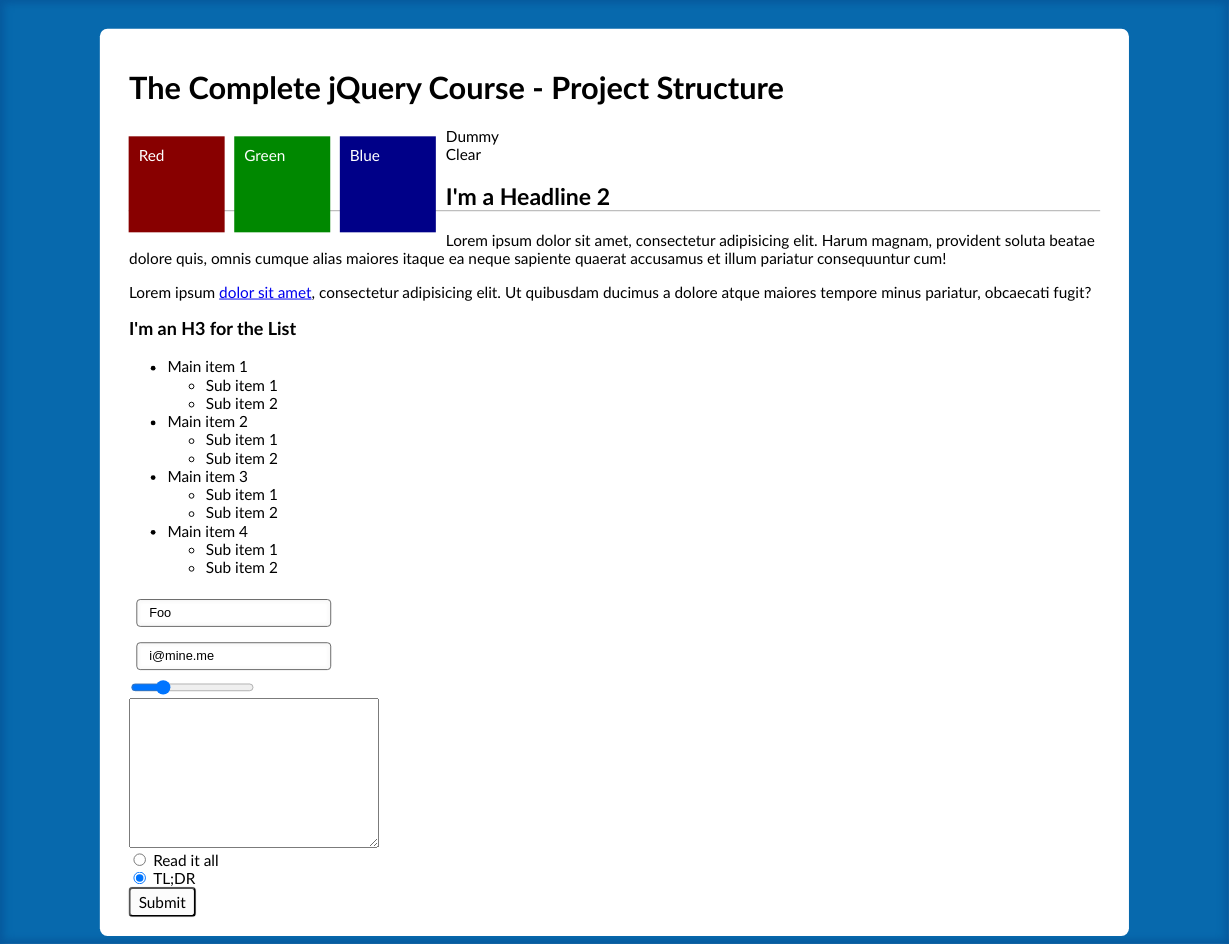
Repository: vpriyankaprabhu/Jquery-examples
Page: 05/add-remove-css-classes/index.html
The author's editor kept a copy of each file at every save. The page is drawn from the files as they stood at one save, then again after the next save.
The browser window is 1280 px wide. The pictures show the whole page, at 96% of full size.

Above is the page before, as saved 2024-12-30 13:26:45.

After the next save:
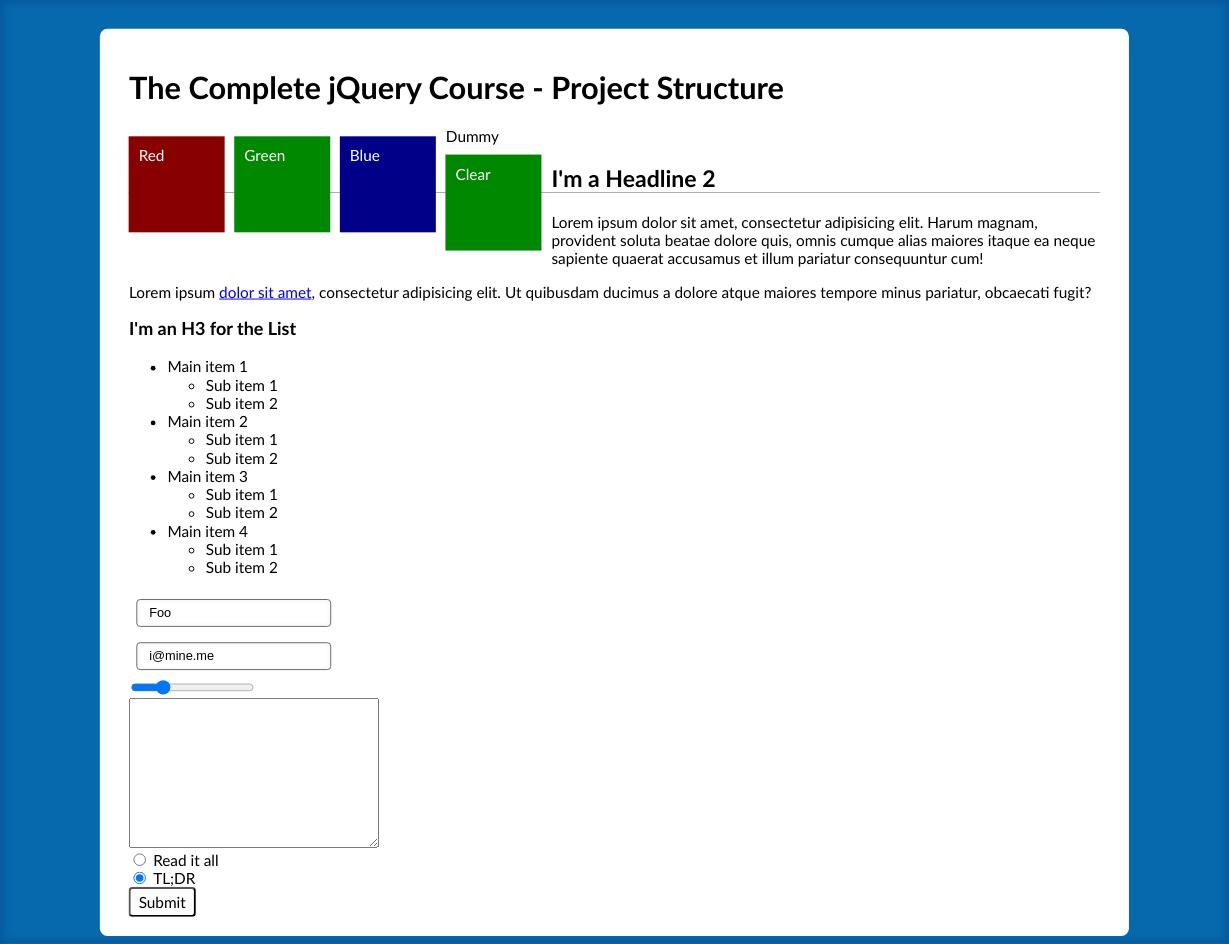
Saved 17 s later.
--- a/05/add-remove-css-classes/js/script.js
+++ b/05/add-remove-css-classes/js/script.js
@@ -34,5 +34,5 @@ $(function () {
   // $("li li:first").toggleClass("emphasize");
 
 
-  $(".clear").removeClass("clear").addClass(".green-box")
+  $(".clear").removeClass("clear").addClass("green-box")
 });
